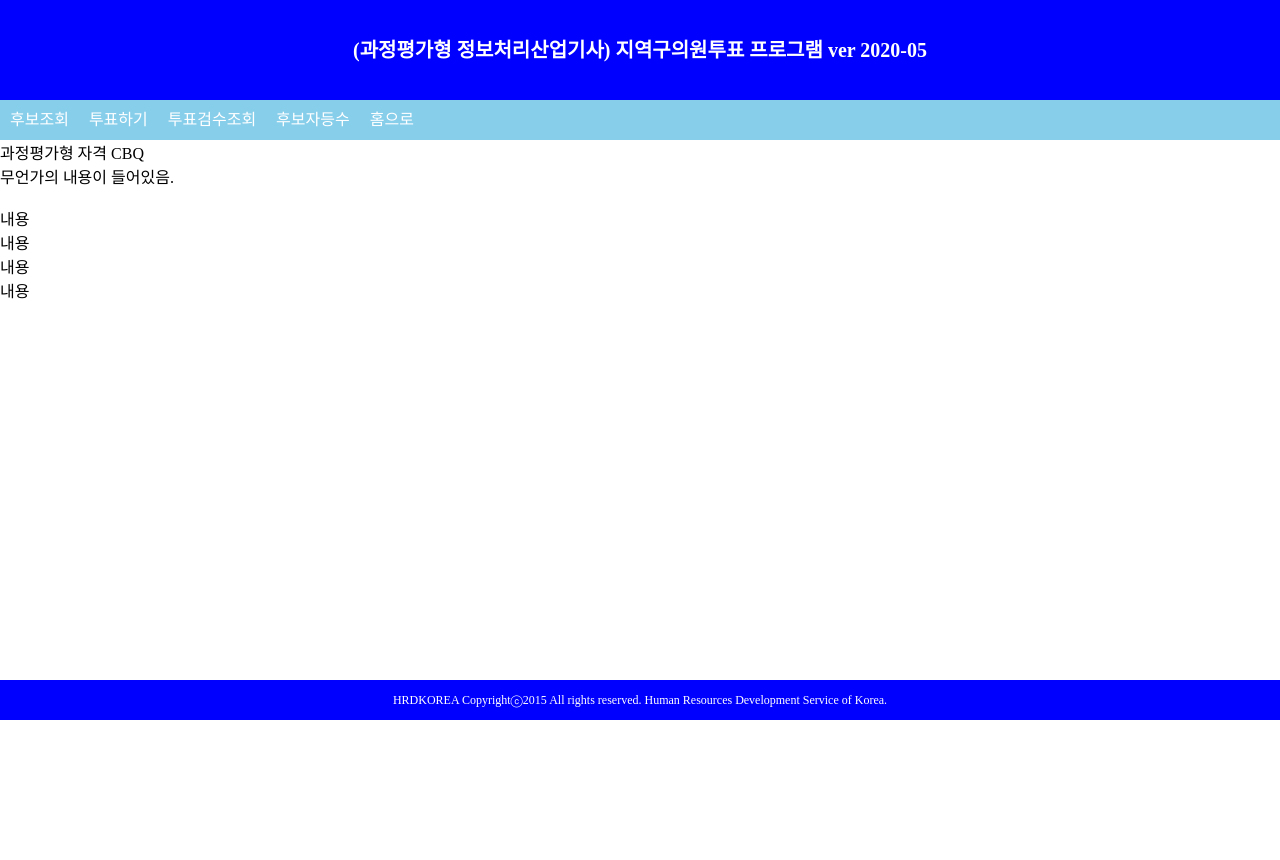
Repository: kayeunae/mvc-pattern
Page: http://localhost/VOTE_1234/
These files come from the project's save history. The page is drawn as it stood at one moment and after the next save; the edit follows.
The browser window is 1280 px wide. The pictures show the whole page.
The page is served by Tomcat 9.

Above is the page before, as saved 2022-12-21 05:19:58.

After the next save:
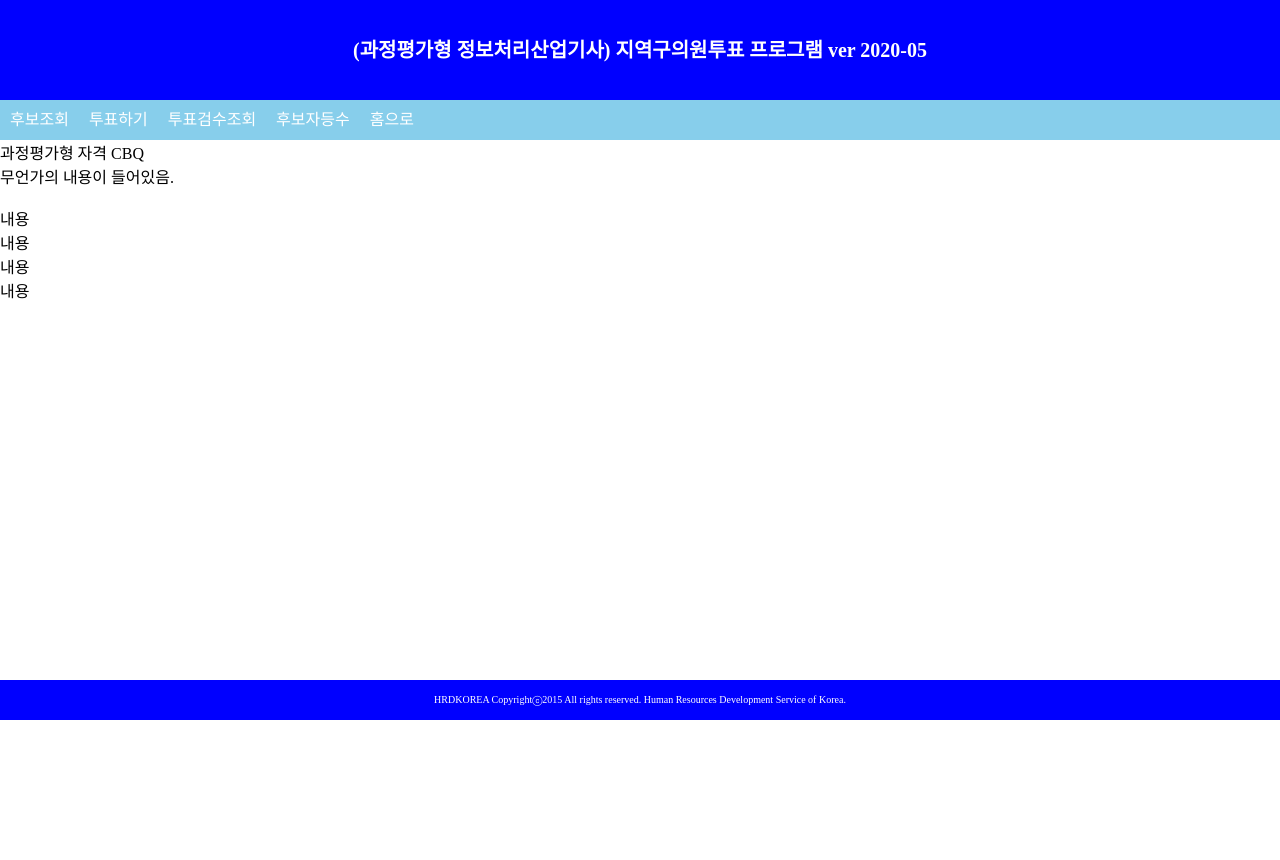
Saved 9 s later.
--- a/VOTE_1234/src/main/webapp/style.css
+++ b/VOTE_1234/src/main/webapp/style.css
@@ -57,5 +57,5 @@
 	background: blue;
 	text-align: center;
 	color: white;
-	font-size: 12px;
+	font-size: 10px;
 }

After the save that followed:
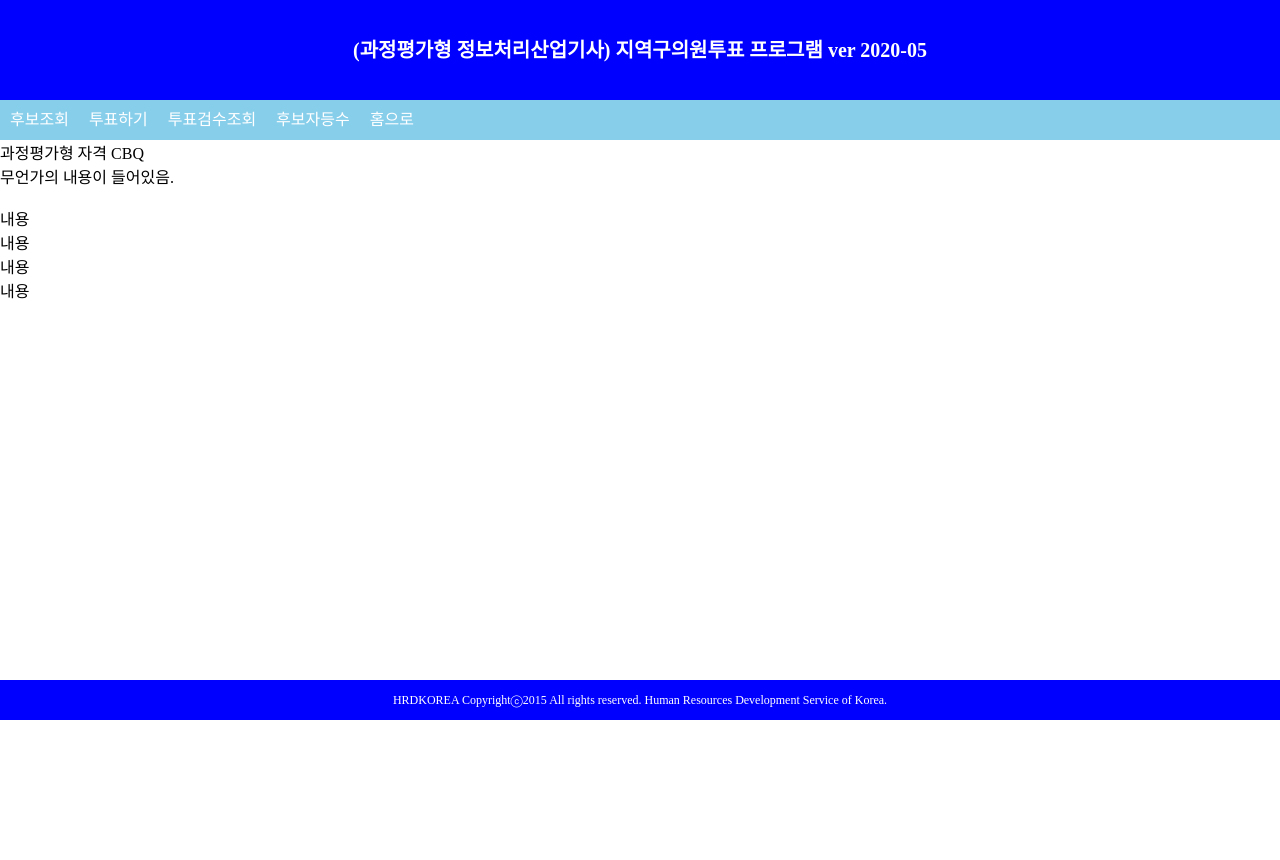
Saved 5 s later.
--- a/VOTE_1234/src/main/webapp/style.css
+++ b/VOTE_1234/src/main/webapp/style.css
@@ -57,5 +57,5 @@
 	background: blue;
 	text-align: center;
 	color: white;
-	font-size: 10px;
+	font-size: 12px;
 }
